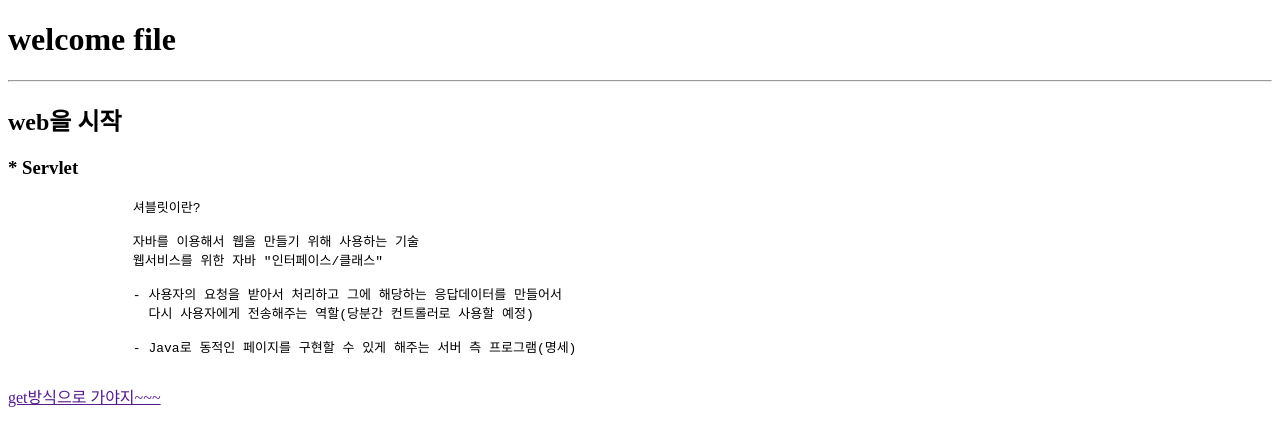
Repository: ghksl0204-shapa/dynamic-web
Page: MyFirstWebProject/src/main/webapp/index.html
These files come from the project's save history. The page is drawn as it stood at one moment and after the next save; the edit follows.
The browser window is 1280 px wide. The pictures show the whole page.

Above is the page before, as saved 2026-05-04 03:30:52.

After the next save:
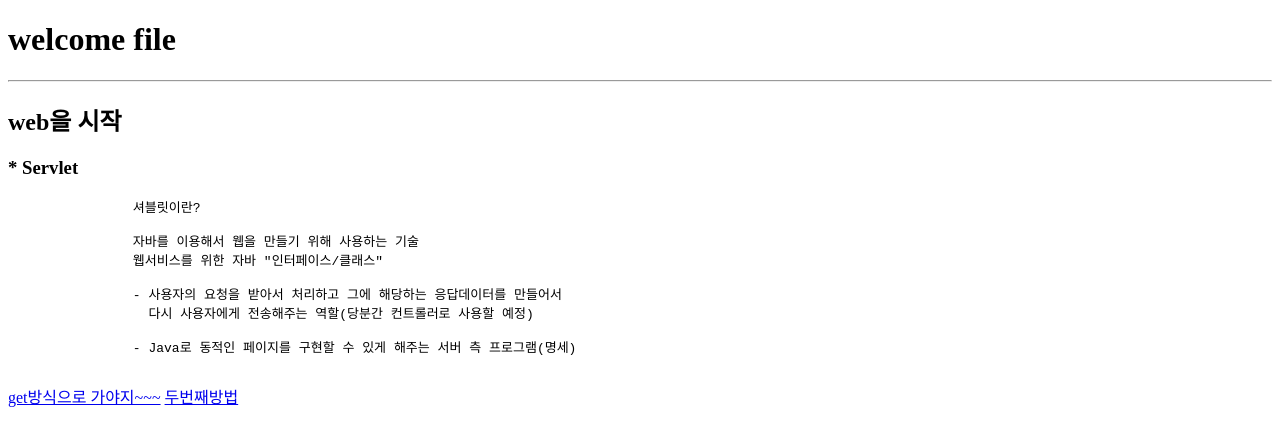
Saved 105 s later.
--- a/MyFirstWebProject/src/main/webapp/index.html
+++ b/MyFirstWebProject/src/main/webapp/index.html
@@ -58,7 +58,8 @@
 	</pre>
 
 
-	<a href="">get방식으로 가야지~~~</a>
+	<a href="http://localhost:8088/first/views/request_get.html">get방식으로 가야지~~~</a>
+	<a href="http://localhost:8088/first/views/request_get.html">두번째방법</a>
 
 
 
